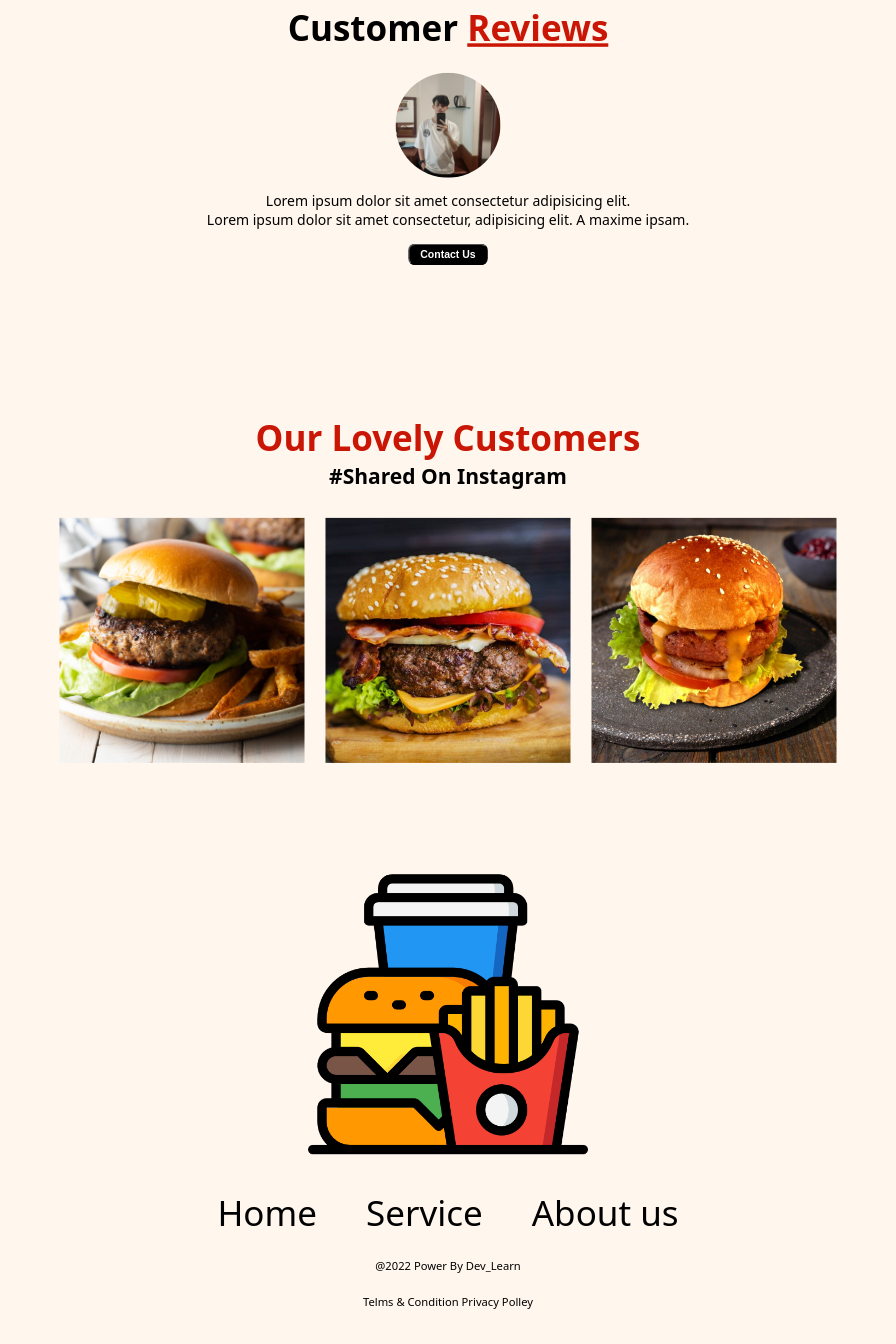
Repository: duc-thanh-2303/food
Page: index.html
An editor plug-in stored every save of this project. The page is shown before and after the next save, followed by the edit.
The browser window is 1280 px wide. The pictures show the part of the page from y = 2197 to 4117 px (the page is 4117 px tall), at 70% of full size.
A picture or video elsewhere on the page could not be fetched, so the positions and the page height are approximate.

Above is the page before, as saved 2022-11-29 16:31:00.

### index.html
<!DOCTYPE html>
<html lang="en">
<head>
    <meta charset="UTF-8">
    <meta http-equiv="X-UA-Compatible" content="IE=edge">
    <meta name="viewport" content="width=device-width, initial-scale=1.0">
    <title>Food</title>

    <link rel="stylesheet" href="./css/main.css">
    <link rel="stylesheet" href="./css/header.css">
    <link rel="stylesheet" href="./css/wrap.css">
    <link rel="stylesheet" href="./css/footer.css">
</head>
<body>

    <!-- header -->
    <header id="header">
        <img src="./img/burger.png" alt="" class="header__img">
        <div class="header__menu">
            <p>ORDER MENU</p>
            <p>CONTACT US</p>
        </div>
    </header>

    <!-- content -->
    <div id="wrap-content">

        <div class="title">
            <div class="title__name">
                <p class="title__name-first">TRY OUR NEW</p>
                <p class="title__name-second">YUMMY! BEEF BURGER</p>
                <span>hungry? let's meat up</span>
                <button class="title__name-btn">ORDER HERE!</button>
            </div>
            <img src="./img/main.png" alt="" class="title__img">
        </div>

        <div class="menu">
            <h1>OUR <span class="menu__title">MENU</span></h1>
            <div class="menu__section">
                <div class="menu__section__box">
                    <img src="./img/qc__1.png" alt="" class="menu__section__box__img">
                    <h3>CHEEZ BURGER</h3>
                    <p>Lorem ipsum dolor sit, amet consectetur adipisicing elit. Placeat ipsam debitis voluptate enim.</p>
                </div>

                <div class="menu__section__box">
                    <img src="./img/qc__2.png" alt="" class="menu__section__box__img">
                    <h3>CHEEZ BURGER</h3>
                    <p>Lorem ipsum dolor sit, amet consectetur adipisicing elit. Placeat ipsam debitis voluptate enim.</p>
                </div>

                <div class="menu__section__box">
                    <img src="./img/qc__1.png" alt="" class="menu__section__box__img">
                    <h3>CHEEZ BURGER</h3>
                    <p>Lorem ipsum dolor sit, amet consectetur adipisicing elit. Placeat ipsam debitis voluptate enim.</p>
                </div>

                <div class="menu__section__box">
                    <img src="./img/qc__2.png" alt="" class="menu__section__box__img">
                    <h3>CHEEZ BURGER</h3>
                    <p>Lorem ipsum dolor sit, amet consectetur adipisicing elit. Placeat ipsam debitis voluptate enim.</p>
                </div>
            </div>
        </div>

        <div class="combo">
            <h1 class="combo__title">SPECIAL CAMBO PACK</h1>
            <p class="combo__infor">Dady Burger, Fries & Soft Drink</p>
            <img src="./img/combo.png" alt="" class="combo__img">
        </div>

        <div class="customer">
            <h1 class="customer__name">Customer <span>Reviews</span></h1>
            <img src="./img/z3869192479946_b16734736fdfa61bce0daaa9820a2c93.jpg" class="customer__img" alt="">
            <div class="customer__infor">
                <p>Lorem ipsum dolor sit amet consectetur adipisicing elit.</p>
                <p>Lorem ipsum dolor sit amet consectetur, adipisicing elit. A maxime ipsam.</p>
            </div>
            <button class="customer__btn">Contact Us</button>
        </div>

        <div class="section">
            <h1 class="section__name">Our Lovely Customers</h1>
            <p class="section__infor">#Shared On Instagram</p>
            <div class="section__img">
                <img src="./img/team__1.jpg" alt="">
                <img src="./img/team__2.jpg" alt="">
                <img src="./img/team__3.jpg" alt="">
            </div>
        </div>
    </div>

    <!-- footer -->
    <footer id="footer">
        <img src="./img/burger.png" alt="" class="footer__img">
        <div class="footer__links">
            <a href="#header">Home</a>
            <a href="#wrap-content">Service</a>
            <a href="#footer">About us</a>
        </div>

        <p class="footer__first">@2022 Power By Dev_Learn</p>
        <p class="footer__second">Telms & Condition  Privacy Polley</p>
    </footer>

    <script type="module" src="https://unpkg.com/ionicons@5.5.2/dist/ionicons/ionicons.esm.js"></script>
    <script nomodule src="https://unpkg.com/ionicons@5.5.2/dist/ionicons/ionicons.js"></script>
</body>
</html>

### css/main.css
@import url('https://fonts.googleapis.com/css2?family=Roboto:wght@100;300;500;700&display=swap');

* {
    margin: 0;
    padding: 0;
    box-sizing: border-box;
}

html {
    scroll-behavior: smooth;
}

:root {
    --white: #FFF6ED;
    --yellow: #FF8803;
    --orance: #F76E00;
    --red: #C91605;
    --bg: #E9DBC7;
}

body {
    background-color: var(--white);
    font-family: system-ui, -apple-system, BlinkMacSystemFont, 'Segoe UI', Roboto, Oxygen, Ubuntu, Cantarell, 'Open Sans', 'Helvetica Neue', sans-serif;
}

### css/header.css
:root {
    --white: #FFF6ED;
    --yellow: #FF8803;
    --orance: #F76E00;
    --red: #C91605;
    --bg: #E9DBC7;
}

#header {
    display: flex;
    flex-direction: row;
    justify-content: space-between;
    margin-left: 50px;
    margin-right: 50px;
    margin-top: 10px;
}

.header__img {
    width: 75px;
    height: 75px;
    object-fit: cover;
    object-position: center;
}

.header__menu {
    display: flex;
    flex-direction: row;
    justify-content: center;
    align-items: center;
}

.header__menu p {
    margin-left: 5px;
    margin-right: 5px;
    font-weight: bold;
    font-size: 20px;
    cursor: pointer;
    transition: all 0.15s;
}

.header__menu p:hover{
    color: var(--red);
    text-decoration: underline;
}

### css/wrap.css
:root {
    --white: #FFF6ED;
    --yellow: #FF8803;
    --orance: #F76E00;
    --red: #C91605;
    --bg: #E9DBC7;
}

#wrap-content {
    margin-left: 50px;
    margin-right: 50px;
}

.title {
    display: flex;
    flex-direction: row;
    justify-content: center;
    align-items: center;
    height: 80vh;
}

.title__img {
    width: 650px;
    height: 650px;
    object-fit: cover;
    object-position: center;
}

.title__name {
    display: flex;
    flex-direction: column;
    text-align: left;
    line-height: 1.2;
}

.title__name-first,
.title__name-second {
    font-size: 50px;
    font-weight: bold;
}

.title__name-second {
    color: var(--red);
}

.title__name > span {
    font-size: 15px;
}

.title__name-btn {
    margin-top: 10px;
    background-color: var(--orance);
    color: black;
    border: none;
    width: 200px;
    height: 40px;
    font-weight: bold;
    font-size: 25px;
    cursor: pointer;
    transition: all 0.3s;
}

.title__name-btn:hover {
    border-radius: 10px;
    background-color: var(--white);
    border: solid 2px var(--orance);
    color: var(--orance);
}

.menu {
    height: 100vh;
    display: flex;
    flex-direction: column;
    justify-content: center;
    align-items: center;
}

h1 {
    font-size: 50px;
}

.menu__title {
    color: var(--red);
    font-size: 50px;
    margin: 0 0 0 0;
}

.menu__section {
    display: flex;
    flex-direction: row;
}

.menu__section__box {
    display: flex;
    flex-direction: column;
    justify-content: center;
    align-items: center;
    width: 250px;
    height: auto;
    background-color: var(--bg);
    padding: 10px 20px 10px 20px;
    border-radius: 10px;
    margin: 90px 20px 0 20px ;
}

.menu__section__box__img {
    width: 180px;
    object-fit: cover;
    object-position: center;
}

h3 {
    color: var(--red);
    font-size: 20px;
}

.combo {
    display: flex;
    flex-direction: column;
    justify-content: center;
    align-items: center;
    height: 100vh;
}

.combo__title,
.combo__infor {
    color: var(--red);
}

.combo__img {
    width: 600px;
    object-fit: cover;
    object-position: center;
    margin: 50px 0 0 0;
}

.customer {
    display: flex;
    flex-direction: column;
    justify-content: center;
    align-items: center;
    height: 80vh;
}

.customer__name > span {
    color: var(--red);
    text-decoration: underline;
    margin: 0 0 0 0;
}

.customer__img {
    width: 150px;
    height: 150px;
    object-fit: cover;
    object-position: center;
    border-radius: 100rem;
    margin: 30px 0 0 0;
}

.customer__infor {
    margin: 20px 0 0 0;
    text-align: center;
    font-size: 20px;
}

.customer__btn {
    margin: 20px 0 0 0;
    background-color: black;
    color: white;
    padding: 5px 15px;
    font-size: 15px;
    border-radius: 10px;
    font-weight: bold;
    transition: all 0.3s;
}

.customer__btn:hover {
    color: black;
    background-color: white;
    border: solid 1px black;
}

.section {
    display: flex;
    flex-direction: column;
    justify-content: center;
    align-items: center;
    height: 100vh;
}

.section__name {
    color: var(--red);
}

.section__infor {
    margin: 0 0 40px 0;
    font-size: 30px;
    font-weight: bold;
}

.section__img {
    display: flex;
    flex-direction: row;
    justify-content: center;
    align-items: center;
}

.section__img > img {
    width: 350px;
    height: 350px;
    object-fit: cover;
    object-position: center;
    margin-left: 15px;
    margin-right: 15px;
}

### css/footer.css
:root {
    --white: #FFF6ED;
    --yellow: #FF8803;
    --orance: #F76E00;
    --red: #C91605;
    --bg: #E9DBC7;
}

#footer {
    height: 100vh;
    display: flex;
    flex-direction: column;
    justify-content: center;
    align-items: center;
}

.footer__img {
    width: 400px;
}

.footer__links {
    display: flex;
    flex-direction: row;
    justify-content: center;
    align-items: center;
    margin-top: 50px;
}

.footer__links > a {
    margin-left: 35px;
    margin-right: 35px;
    text-decoration: none;
    color: black;
    font-size: 50px;
}

#footer > p {
    margin: 30px 0 0 0;
}

After the next save:
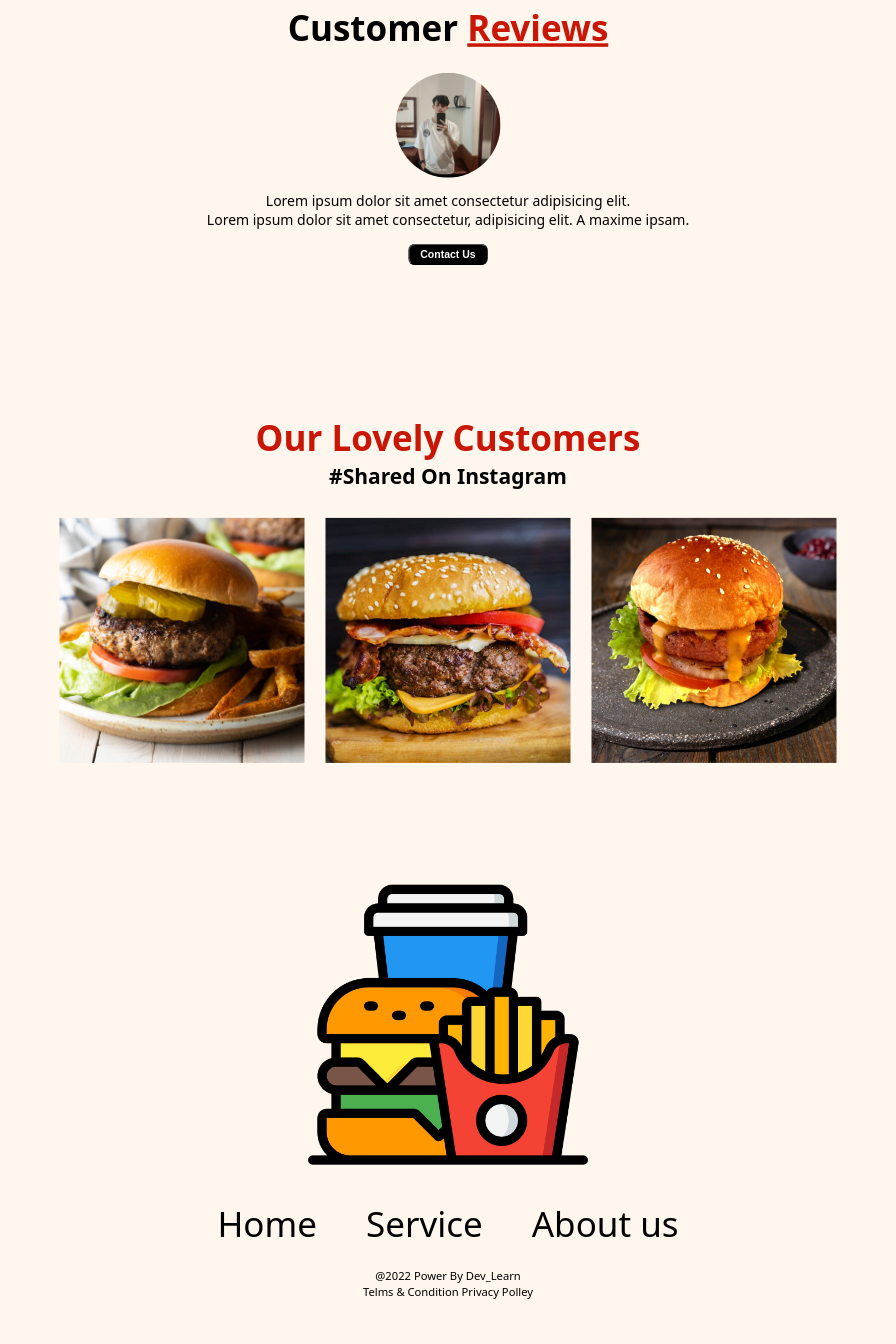
Saved 9 s later.
--- a/css/footer.css
+++ b/css/footer.css
@@ -34,6 +34,6 @@
     font-size: 50px;
 }
 
-#footer > p {
+.footer__first {
     margin: 30px 0 0 0;
 }
